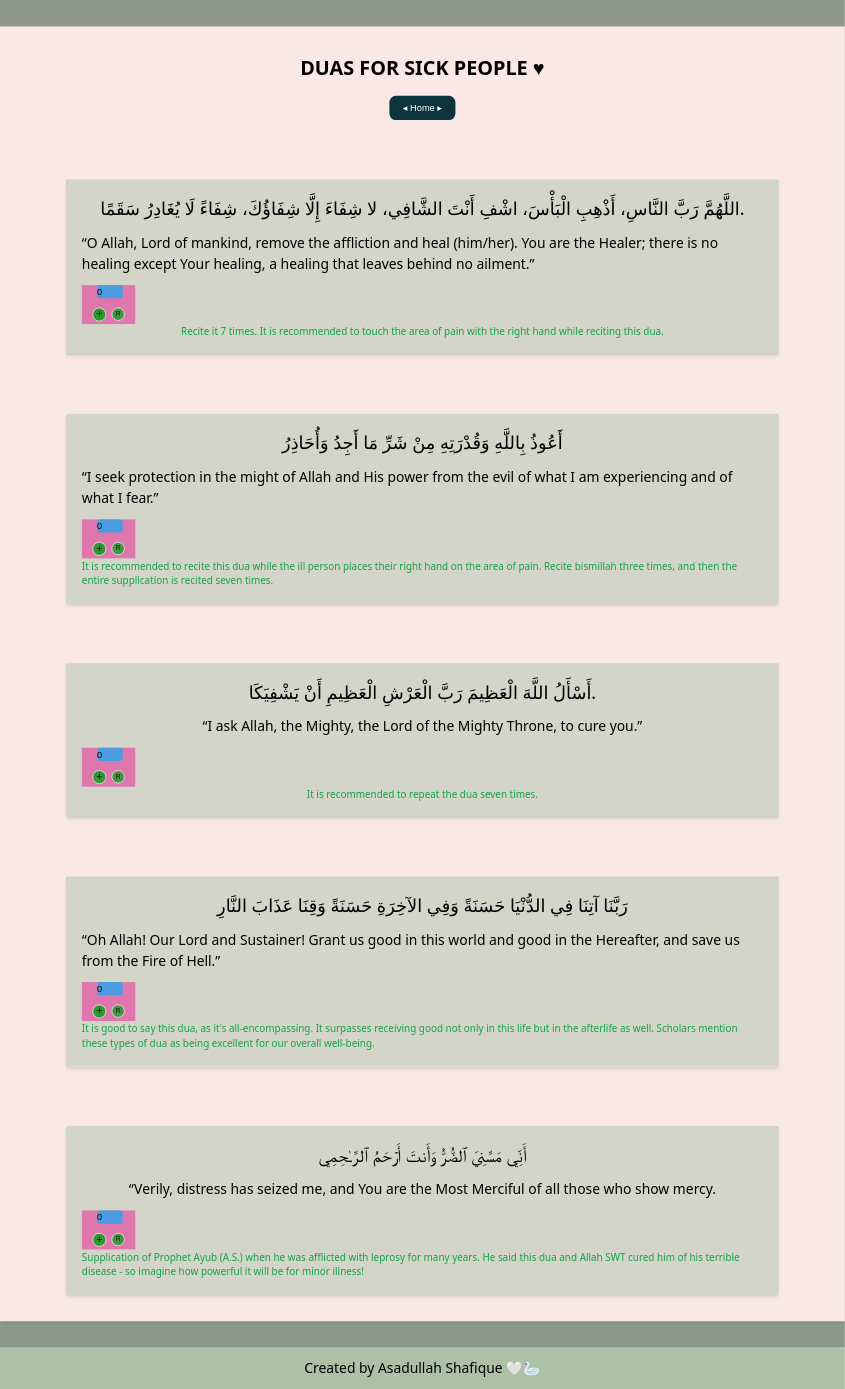
Repository: asadullah48/Duas_Diary
Page: /sick
An editor plug-in stored every save of this project. The page is shown before and after the next save, followed by the edit.
The browser window is 1280 px wide. The pictures show the whole page, at 66% of full size.
The project was rebuilt for these pictures with package versions that can differ from the ones it lists, and the page was loaded fresh each time. The framework's server and built-in components were replaced by stand-ins that run in the browser. Also part of the build but not shown: next.config.ts.

Above is the page before, as saved 2024-11-30 10:24:21.

After the next save:
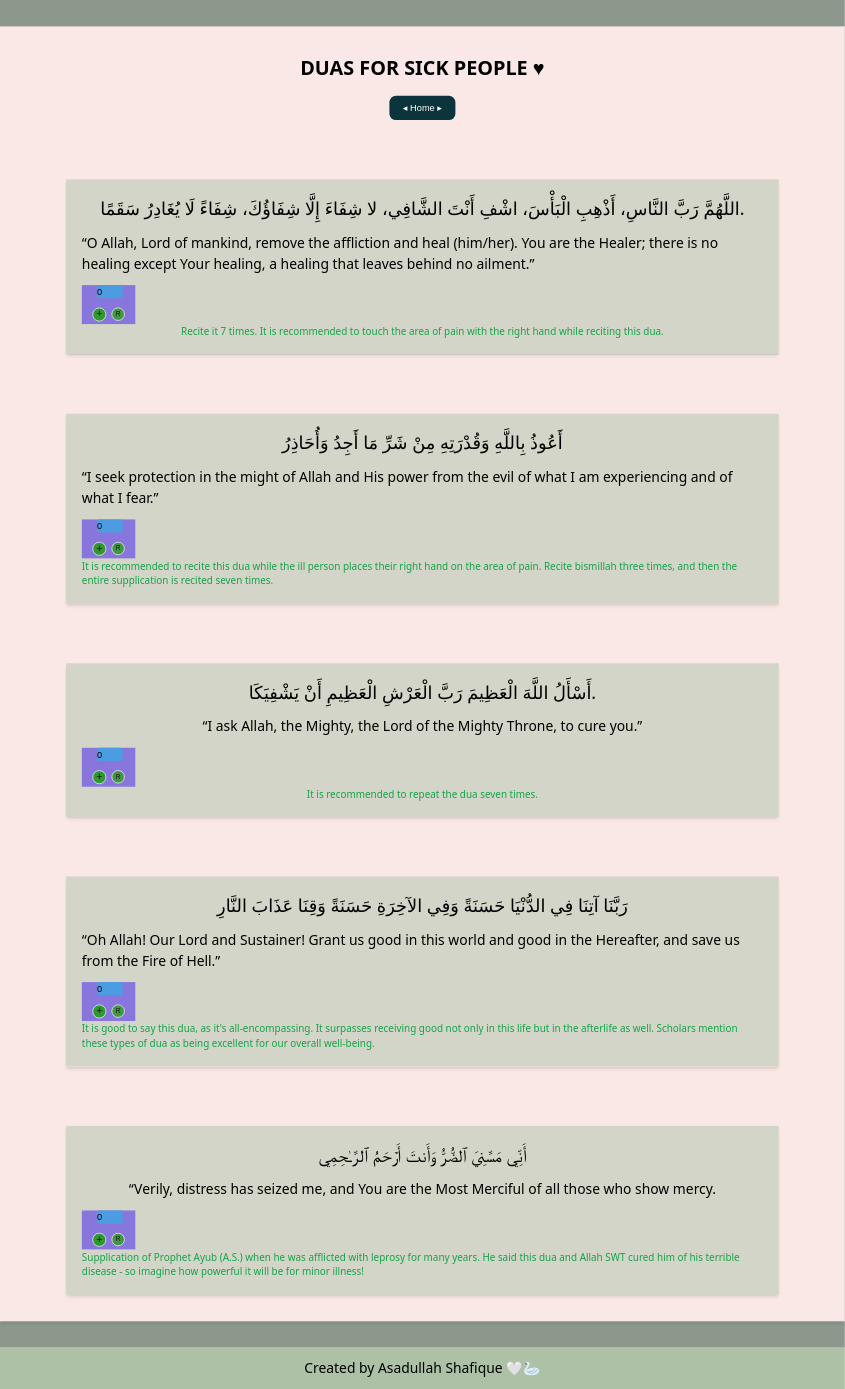
Saved 7 s later.
--- a/src/components/button.tsx
+++ b/src/components/button.tsx
@@ -16,7 +16,7 @@ export default function Button() {
   };
 
   return (
-    <div className="bg-[#e261a8d0] w-[81px] h-[59px] flex flex-col items-center justify-between">
+    <div className="bg-[#7961e2d0] w-[81px] h-[59px] flex flex-col items-center justify-between">
       <p className="text-black w-[39px] flex text-sm bg-[#4c9ce2] rounded ml-1">
         {count}
       </p>
